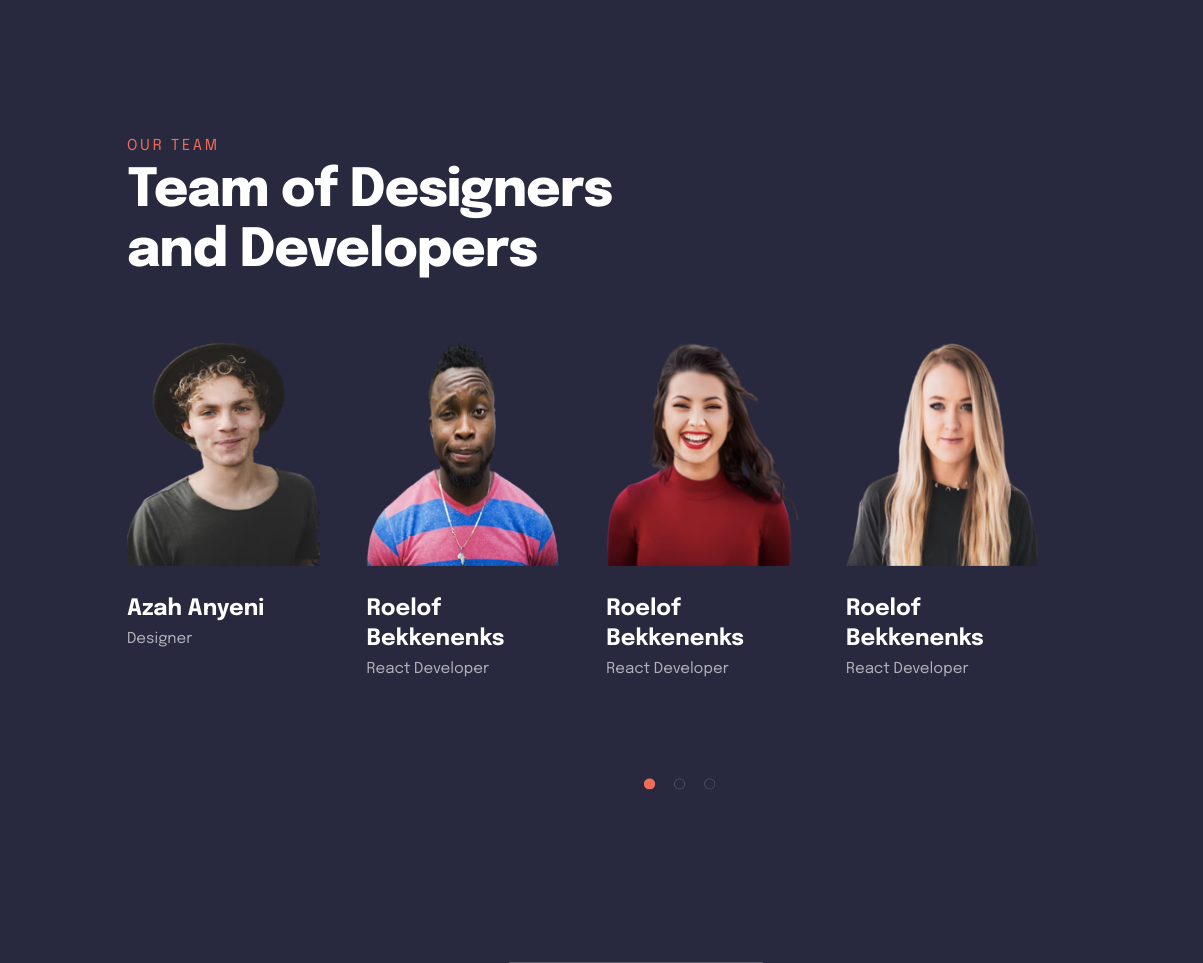
Repository: HeybetzadeQedim/task-6
Page: TEAM/index.html
An editor plug-in stored every save of this project. The page is shown before and after the next save, followed by the edit.
The browser window is 1280 px wide. The pictures show the whole page, at 94% of full size.

Above is the page before, as saved 2023-10-30 16:14:21.

After the next save:
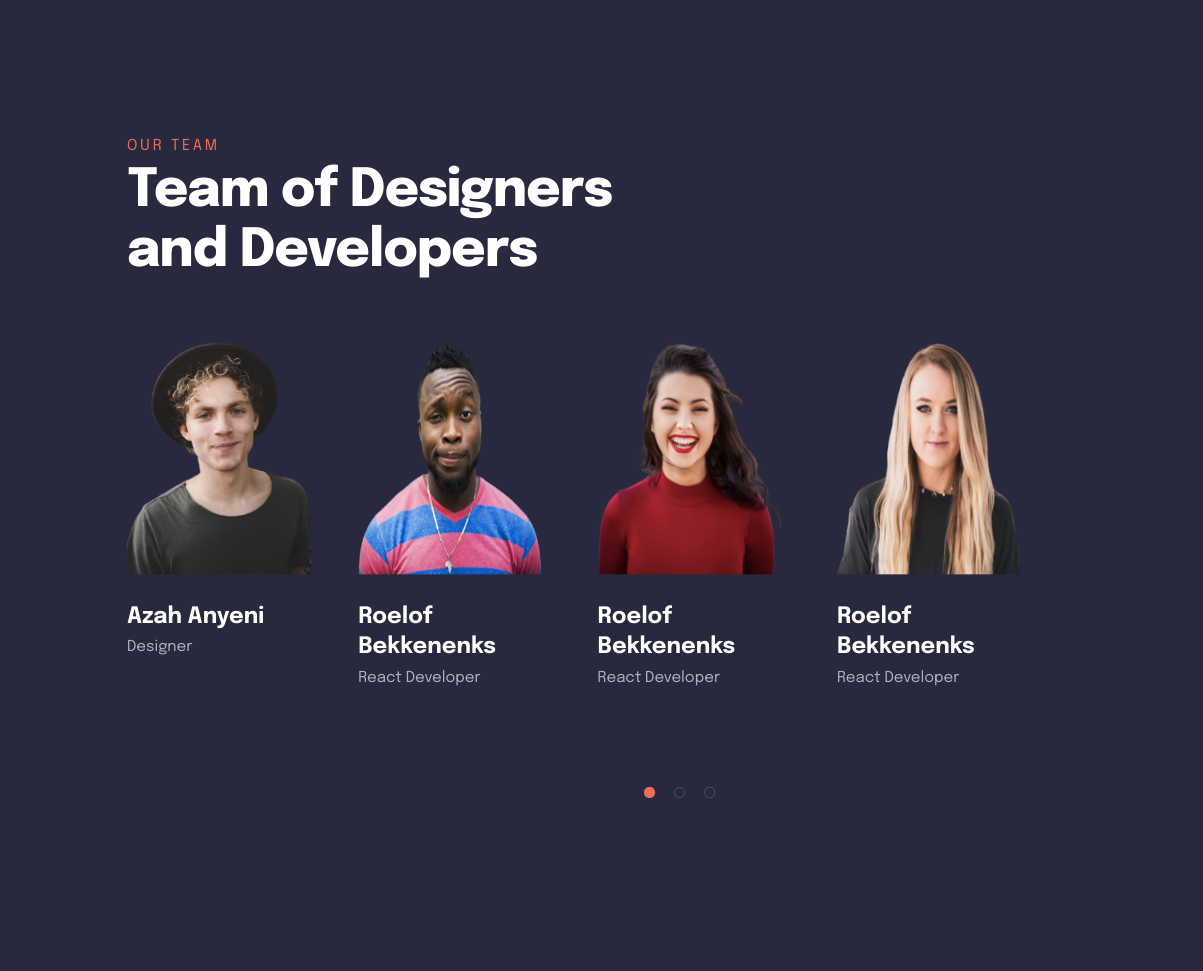
Saved 42 s later.
--- a/TEAM/index.css
+++ b/TEAM/index.css
@@ -84,8 +84,8 @@
   display: inline-block;
 }
 .img-border:nth-child(1) img {
-  width: 205px;
-  height: 238px;
+  width: 196px;
+  height: 247px;
 }
 .img-border:nth-child(2) img {
   width: 205px;
